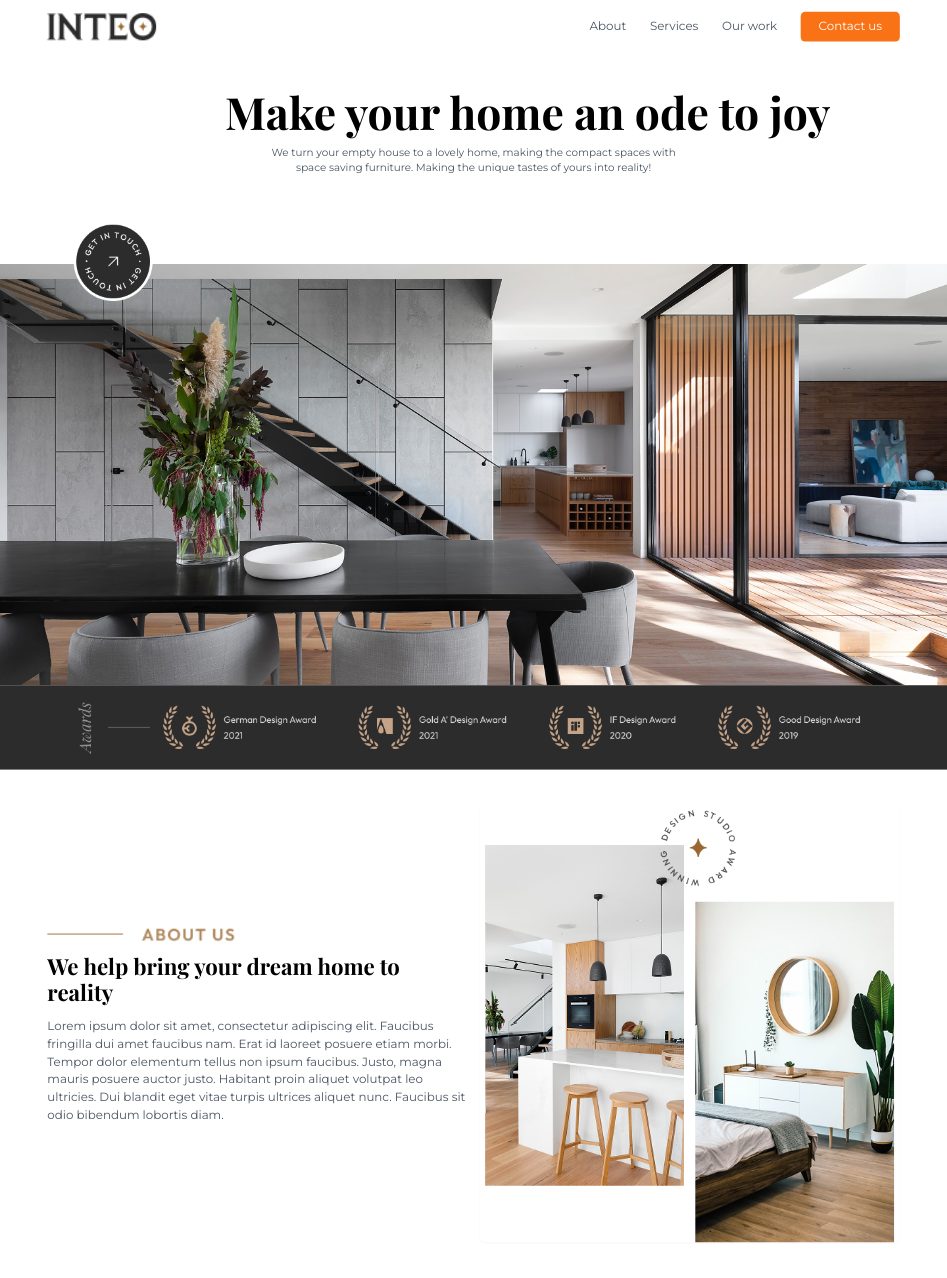
Repository: CatherinneJ/responsive-tailwind-website
Page: tailwind.html
The author's editor kept a copy of each file at every save. The page is drawn from the files as they stood at one save, then again after the next save.
The browser window is 1280 px wide. The pictures show the whole page, at 74% of full size.
Some web libraries are served in a nearby version.

Above is the page before, as saved 2025-05-20 19:38:33.

After the next save:
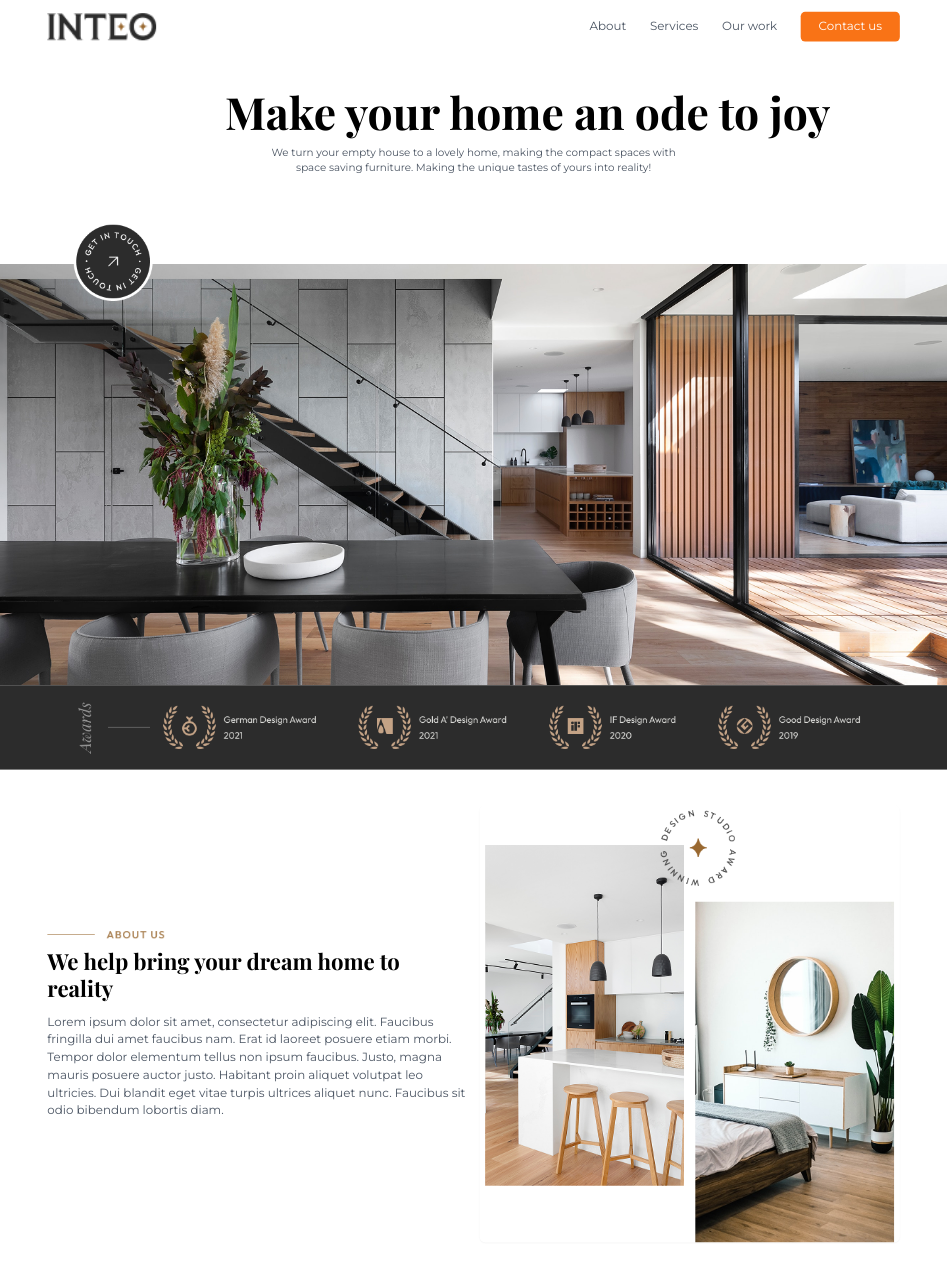
Saved 89 s later.
--- a/tailwind.html
+++ b/tailwind.html
@@ -54,7 +54,7 @@
     <section class="flex flex-col md:flex-row items-center gap-3 sm:gap-4 px-4 sm:px-6 lg:px-16 py-6 sm:py-8 md:py-12">
         <div class="md:w-1/2 order-2 md:order-1 mt-4 md:mt-0">
             <!-- Imagen eyebrow con estilos responsivos -->
-            <img src="./Assets/Eyebrow.png" class="mb-2 h-6 sm:h-7 md:h-8" alt="About us">
+            <img src="./Assets/Eyebrow.png" class="mb-2 h-6 sm:h-4 md:h-5" alt="About us">
 
             <h2 class="text-xl sm:text-2xl md:text-3xl font-playfair font-bold mb-3 sm:mb-4">
                 We help bring your dream home to reality
